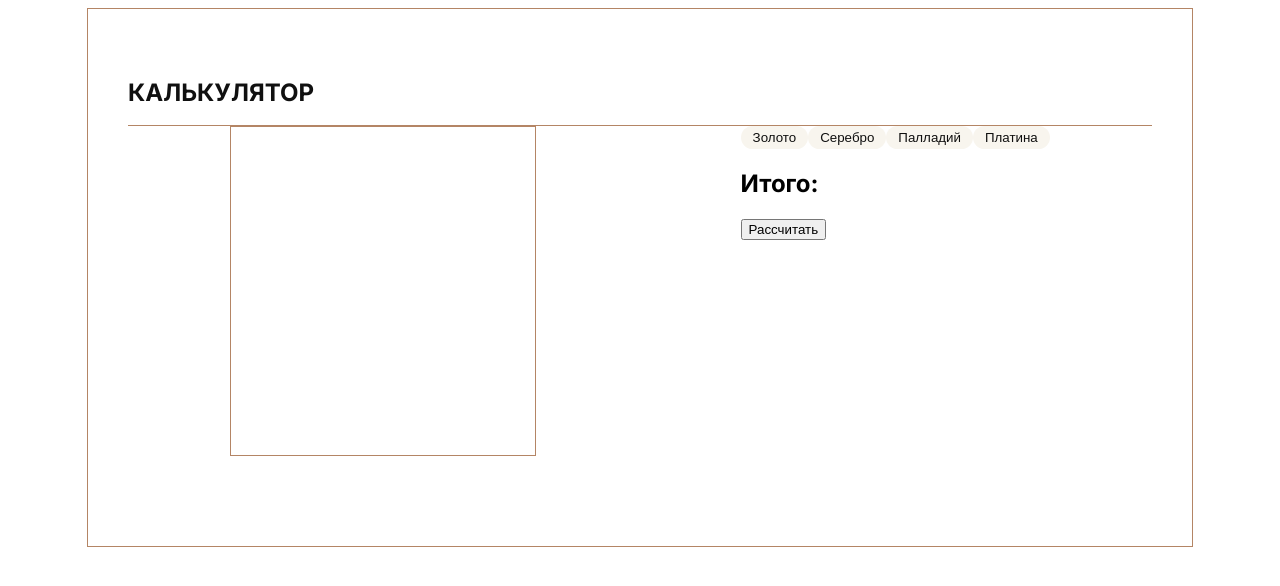
Repository: Kirill2034/Calculator-metal
Page: /
An editor plug-in stored every save of this project. The page is shown before and after the next save, followed by the edit.
The browser window is 1280 px wide. The pictures show the whole page.
The project was rebuilt for these pictures with package versions that can differ from the ones it lists, and the page was loaded fresh each time.

Above is the page before, as saved 2021-11-27 18:34:23.

### public/index.html
<!DOCTYPE html>
<html lang="en">
  <head>
    <meta charset="utf-8" />
    <meta name="viewport" content="width=device-width, initial-scale=1" />

    <link rel="preconnect" href="https://fonts.googleapis.com">
    <link rel="preconnect" href="https://fonts.gstatic.com" crossorigin>
    <link href="https://fonts.googleapis.com/css2?family=Inter:wght@300;400;500;700&display=swap" rel="stylesheet">

    <title>Калькулятор</title>
  </head>
  <body>
    <div id="root"></div>
  </body>
</html>

### src/App.js
import React, { useState } from 'react';
import './App.css';
import {BtnRadio} from './components/BtnRadio';

const metals = [
  {
    id: 1,
    code: "gold",
    title: "Золото",
    finenessList: [
      {id: 1, value: 375, cash: 90, checkingAccount: 100},
      {id: 1, value: 575, cash: 190, checkingAccount: 250}
    ]
  },
  {
    id: 2,
    code: "argent",
    title: "Серебро",
    finenessList: [
      {id: 1, value: 375, cash: 90, checkingAccount: 100},
      {id: 1, value: 575, cash: 190, checkingAccount: 250}
    ]
  },
  {
    id: 3,
    code: "palladium",
    title: "Палладий",
    finenessList: [
      {id: 1, value: 375, cash: 90, checkingAccount: 100},
      {id: 1, value: 575, cash: 190, checkingAccount: 250}
    ]
  },
  {
    id: 4,
    code: "platinum",
    title: "Платина",
    finenessList: [
      {id: 1, value: 375, cash: 90, checkingAccount: 100},
      {id: 1, value: 575, cash: 190, checkingAccount: 250}
    ]
  },
]

const App = () => {

  const [selectedMetalId, setselectedMetalId] = useState(null);

  const onMetalItemClick = (id) => {
    setselectedMetalId(id);
  };

  return (
    <div className="App">
      <div className="title">
        <h2>Калькулятор</h2>
      </div>
      <div className="calculator">
        <div className="metal-image"></div>
        <div className="content">
          <div className="check-metal">
            {metals.map((metal) => (
            <BtnRadio
              key={metal.id}
              item={metal}
              selected={selectedMetalId === metal.id}
              onClick={onMetalItemClick}
              />
          ))}
          </div>
          <div className="select-prop-metal"></div>
          <div className="calculate">
            <h2>Итого:</h2>
            <button>Рассчитать</button>
          </div>
        </div>
      </div>
    </div>
  );
}

export default App;

### src/App.css
.App {width: 1024px; height: 537px; border: 1px solid #B48565; margin: 0 auto; font-family: 'Inter', sans-serif; padding: 0 40px;}
.App .title {border-bottom: 1px solid #B48565; text-transform: uppercase; font-weight: 900; font-size: 16px; line-height: 24px; color: #101010; margin-top: 72px;}

.App .calculator {display: flex;  justify-content: space-around;}
.App .calculator .metal-image {width: 304px; height: 328px; border: 1px solid #B48565}

### src/components/BtnRadio/index.js
import BtnRadio from './BtnRadio.js';
export {BtnRadio};

### src/components/BtnRadio/BtnRadio.js
import React from 'react';
import './BtnRadio.css';
import cn from "classnames";

const BtnRadio = ({item, selected, onClick}) => {
    return (
        <button
            className={cn("BtnRadio", {selected})}
            onClick={() => onClick(item.id)}
        >{item.title}</button>
    )
}

export default BtnRadio;

### src/components/BtnRadio/BtnRadio.css
.BtnRadio {border: none; box-shadow: none; outline: none; background: #F8F5EE; border-radius: 100px; padding: 4px 12px; color: #101010};
.BtnRadio:hover {border: 1px solid #B48565; cursor: pointer;}
.BtnRadio.selected {color: #F8F5EE; background: #B48565;}

Loaded but not shown: src/index.js (common file)

After the next save:
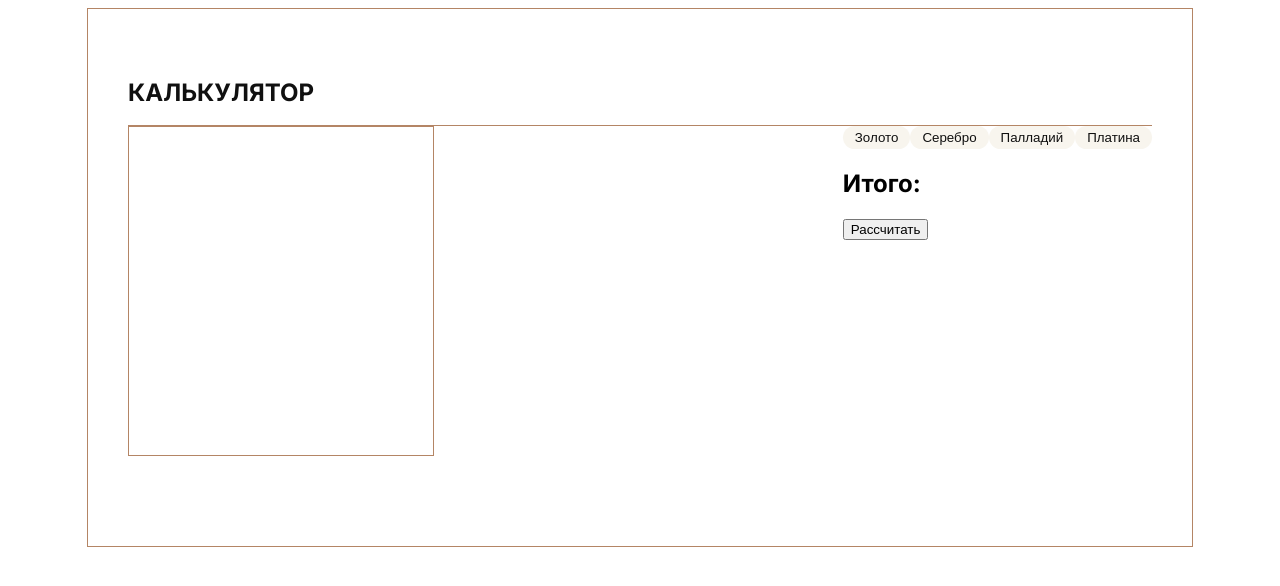
Saved 5 s later.
--- a/src/App.css
+++ b/src/App.css
@@ -1,5 +1,5 @@
 .App {width: 1024px; height: 537px; border: 1px solid #B48565; margin: 0 auto; font-family: 'Inter', sans-serif; padding: 0 40px;}
 .App .title {border-bottom: 1px solid #B48565; text-transform: uppercase; font-weight: 900; font-size: 16px; line-height: 24px; color: #101010; margin-top: 72px;}
 
-.App .calculator {display: flex;  justify-content: space-around;}
+.App .calculator {display: flex;  justify-content: space-between;}
 .App .calculator .metal-image {width: 304px; height: 328px; border: 1px solid #B48565}
